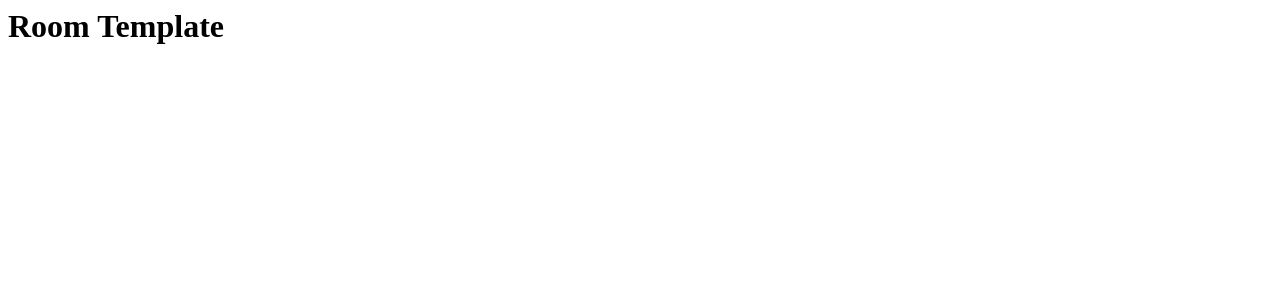
Repository: DZESU/studybug_django
Page: http://localhost/room/
An editor plug-in stored every save of this project. The page is shown before and after the next save, followed by the edit.
The browser window is 1280 px wide. The pictures show the whole page.
The page is served by the project's application, run on Django 4.2 (manage.py). Other server files are loaded and not shown.

Above is the page before, as saved 2022-08-01 20:56:14.

### templates/room.html

<h1>
            Room Template
        </h1>

### base/views.py
from django.http import HttpResponse
from django.shortcuts import render

# Create your views here.

def home(request):
    return render(request, 'home.html')

def room(request):
    return render(request, 'room.html')

### studybud/urls.py
"""studybud URL Configuration

The `urlpatterns` list routes URLs to views. For more information please see:
    https://docs.djangoproject.com/en/4.0/topics/http/urls/
Examples:
Function views
    1. Add an import:  from my_app import views
    2. Add a URL to urlpatterns:  path('', views.home, name='home')
Class-based views
    1. Add an import:  from other_app.views import Home
    2. Add a URL to urlpatterns:  path('', Home.as_view(), name='home')
Including another URLconf
    1. Import the include() function: from django.urls import include, path
    2. Add a URL to urlpatterns:  path('blog/', include('blog.urls'))
"""
from django.contrib import admin
from django.http import HttpResponse
from django.urls import path, include


urlpatterns = [
    path('admin/', admin.site.urls),
    path('', include('base.urls'))

]

### base/urls.py

from django.urls import path
from . import views


urlpatterns = [
    path('', views.home, name='home'),
    path('room/', views.room, name='room'),
]

### templates/main.html
<!DOCTYPE html>
<html lang="en">
<head>
    <meta charset="UTF-8">
    <meta http-equiv="X-UA-Compatible" content="IE=edge">
    <meta name="viewport" content="width=device-width, initial-scale=1.0">
    <title>Pory</title>
</head>
<body>
    {% include 'navbar.html' %}
    {% block content %}

    {% endblock %}
</body>

</html>

### templates/navbar.html
<a href="/">
    <h1>
        Logo
    </h1>
</a>

After the next save:
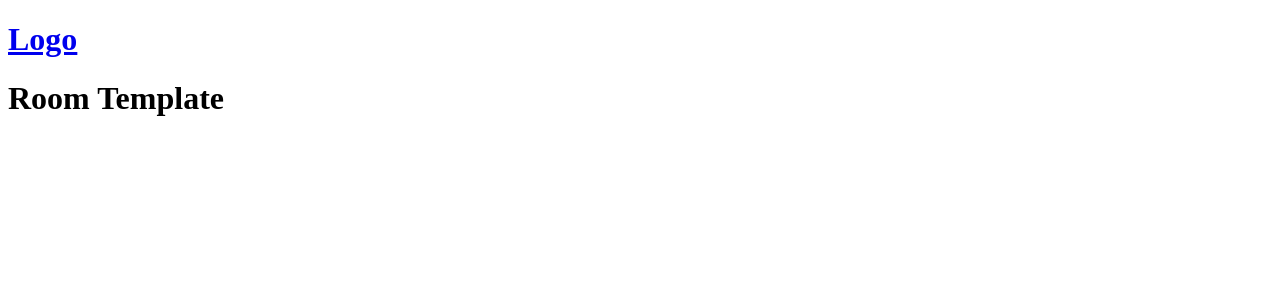
Saved 80 s later.
--- a/templates/room.html
+++ b/templates/room.html
@@ -1,4 +1,5 @@
+{% extends 'main.html' %}
 
-<h1>
-            Room Template
-        </h1>
+{% block content %}
+<h1>Room Template</h1>
+{% endblock content %}
